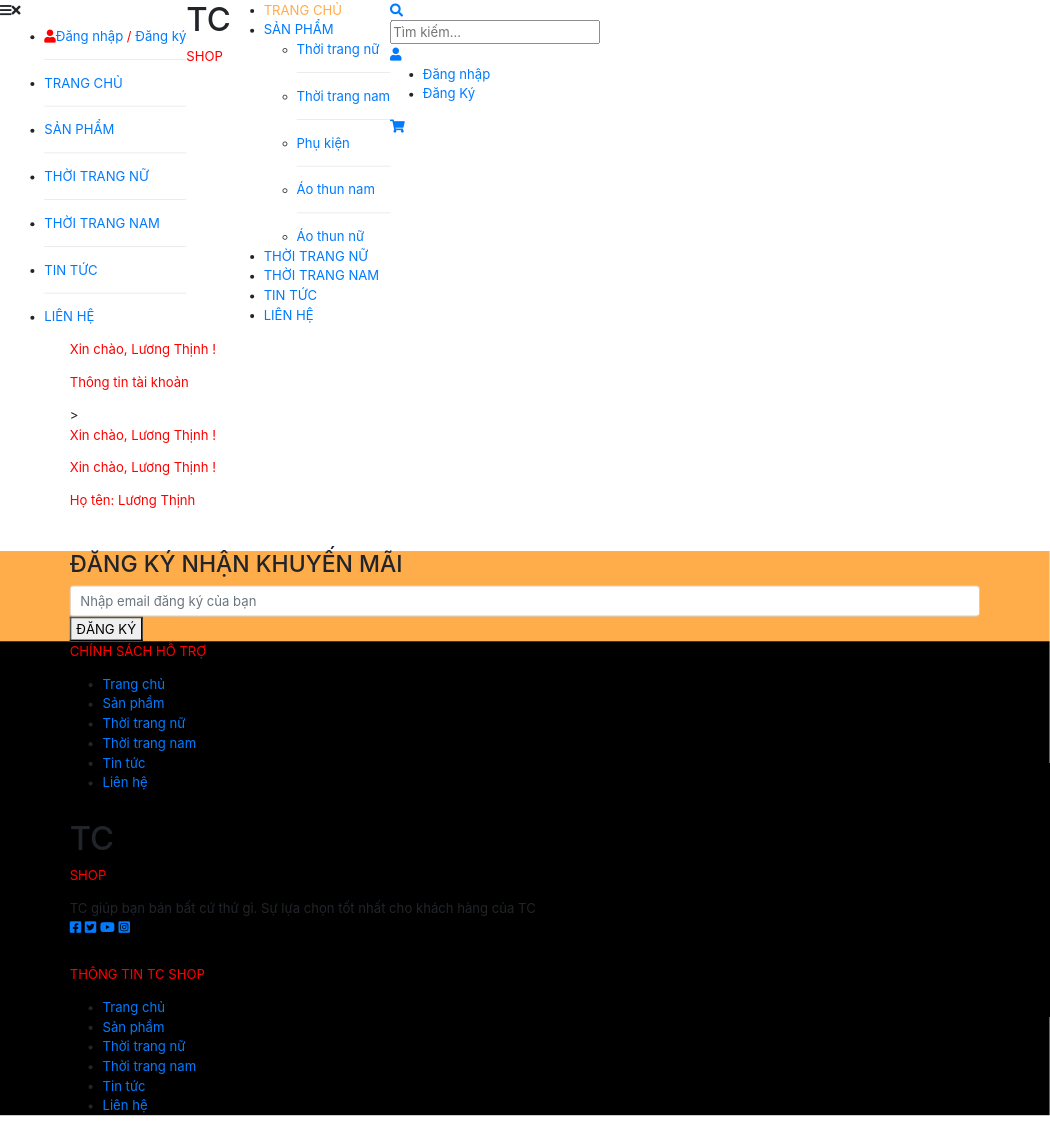
Repository: congthinh1701/TCshop
Page: ThongTinTaiKhoan.html
An editor plug-in stored every save of this project. The page is shown before and after the next save, followed by the edit.
The browser window is 1280 px wide. The pictures show the whole page, at 82% of full size.
The style sheet was rebuilt from its Sass, Less or Tailwind sources for each picture, by a compiler version that may differ from the author's.

Above is the page before, as saved 2021-09-08 16:57:21.

After the next save:
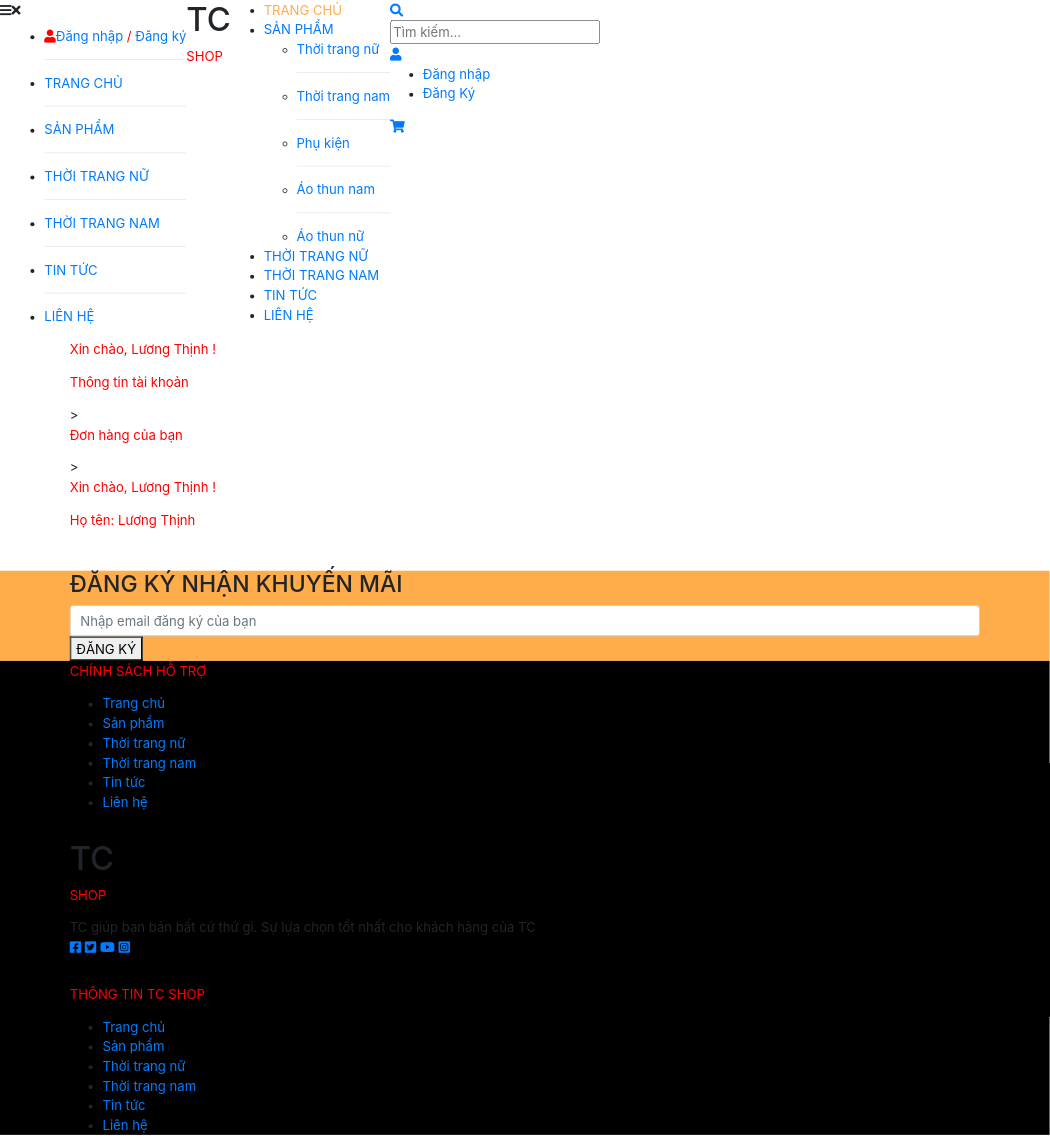
Saved 15 s later.
--- a/ThongTinTaiKhoan.html
+++ b/ThongTinTaiKhoan.html
@@ -19,7 +19,7 @@
                 <p>Thông tin tài khoản</p>>
             </div>
             <div class="trang-tai-khoan-hello">
-                <p><span>Xin chào, </span>Lương Thịnh !</p>
+                <p>Đơn hàng của bạn</p>>
             </div>
             <div class="trang-tai-khoan-hello">
                 <p><span>Xin chào, </span>Lương Thịnh !</p>
